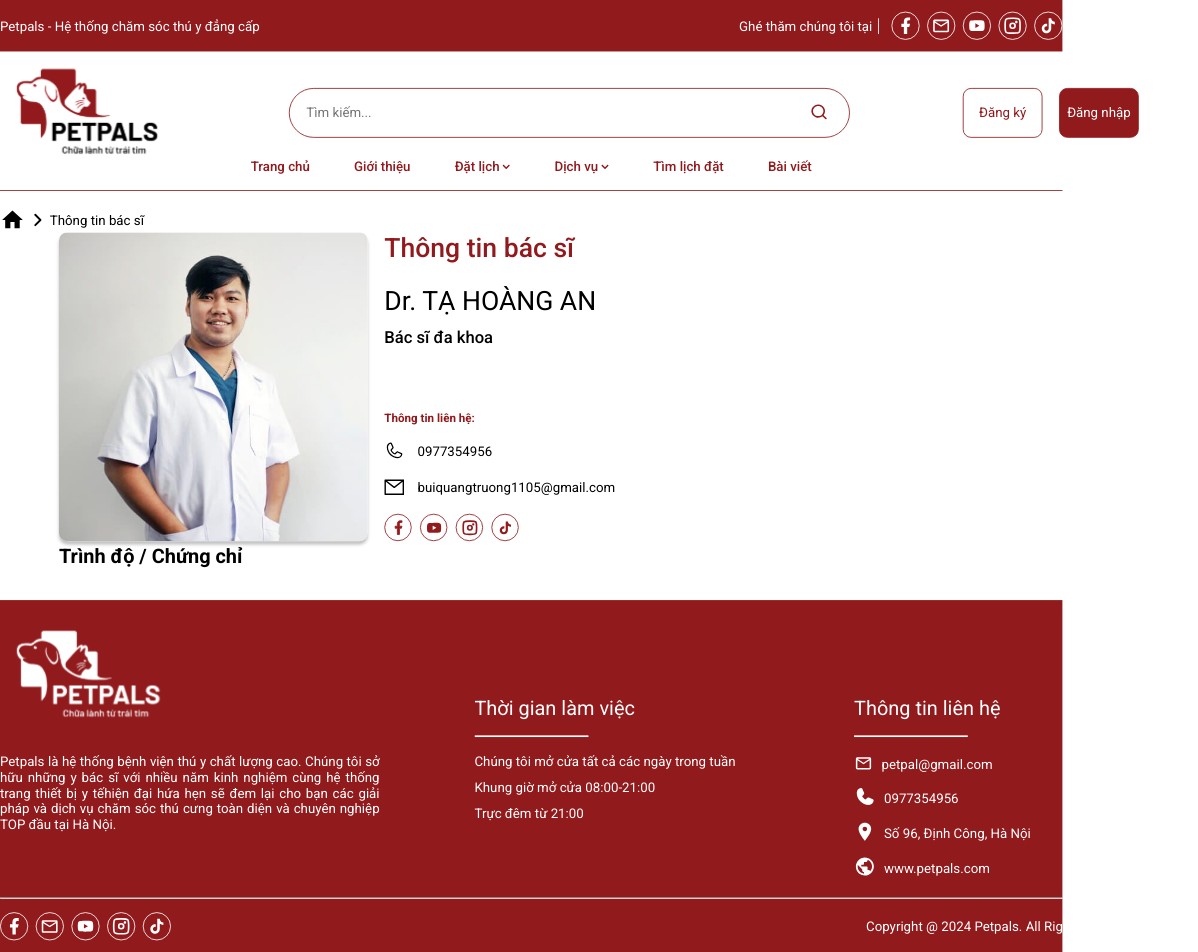
Repository: ahntrung1909/Petpals
Page: /chi-tiet-bac-si (app in petpals-user-main/)
These files come from the project's save history. The page is drawn as it stood at one moment and after the next save; the edit follows.
The browser window is 1280 px wide. The page is 1443 px wide, so the pictures cover 1443 px, including what lies to the right of the window. The pictures show the whole page, at 83% of full size.
The project was rebuilt for these pictures with package versions that can differ from the ones it lists, and the page was loaded fresh each time. The framework's server and built-in components were replaced by stand-ins that run in the browser. Also part of the build but not shown: petpals-user-main/next.config.js, petpals-user-main/next.config.mjs.

Above is the page before, as saved 2024-04-14 13:28:22.

After the next save:
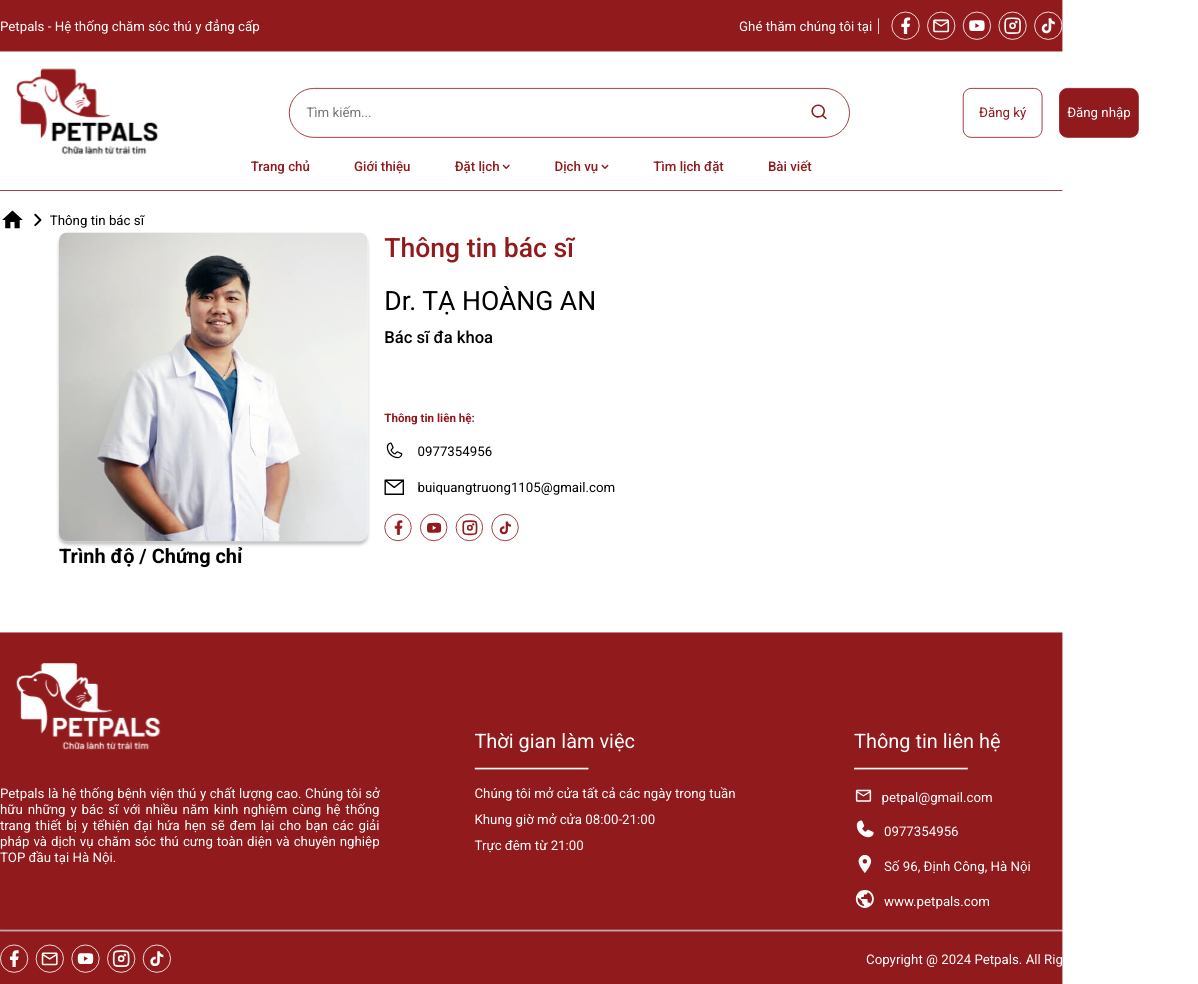
Saved 15 s later.
--- a/petpals-user-main/src/app/chi-tiet-bac-si/style.scss
+++ b/petpals-user-main/src/app/chi-tiet-bac-si/style.scss
@@ -88,6 +88,7 @@
     grid-template-columns: 2fr 12fr;
     .col {
       display: flex;
+      height: 58px;
       &:nth-child(1) {
         justify-content: center;
       }
